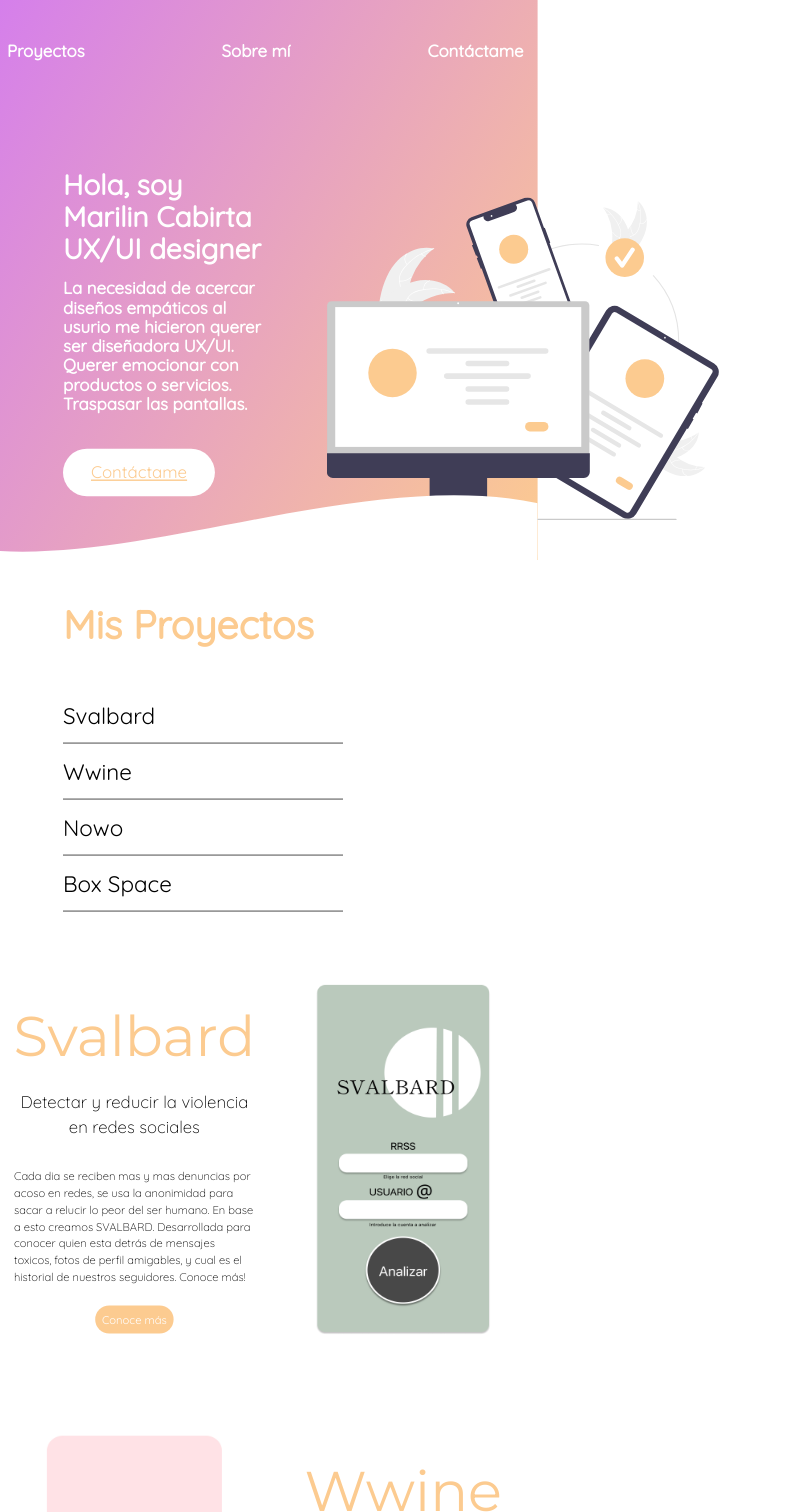
Repository: Marilyncabirta/portfolioHTML
Page: index.html
These files come from the project's save history. The page is drawn as it stood at one moment and after the next save; the edit follows.
The browser window is 768 px wide. The page is 1147 px wide, so the pictures cover 1147 px, including what lies to the right of the window. The pictures show the part of the page from y = 0 to 2160 px (the page is 4265 px tall), at 70% of full size.
Backgrounds fixed to the window are drawn as part of the page. Some web libraries are served in a nearby version.

Above is the page before, as saved 2022-12-16 12:43:46.

After the next save:
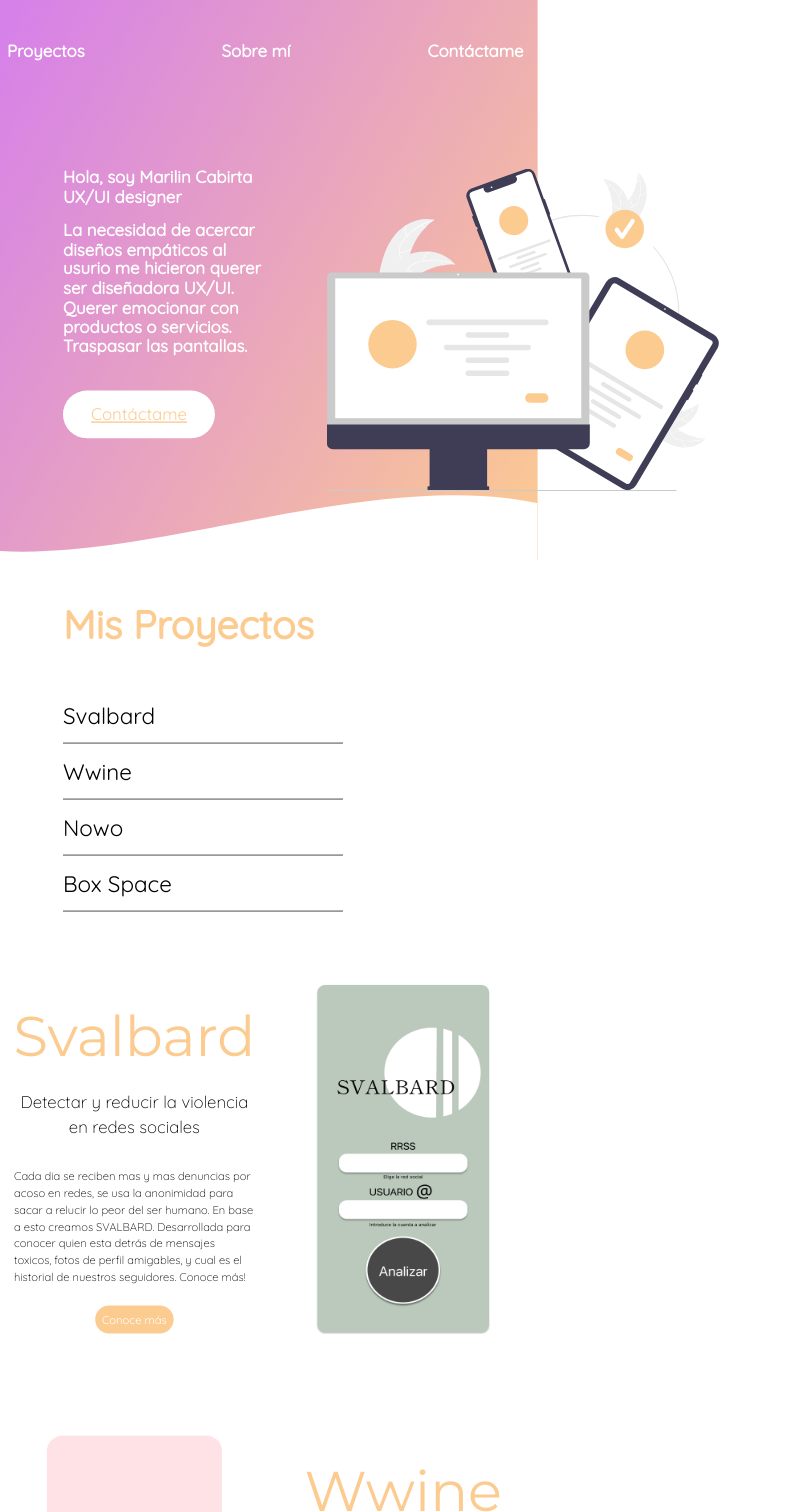
Saved 7 s later.
--- a/css/estilos.css
+++ b/css/estilos.css
@@ -376,7 +376,7 @@ text-decoration: underline;
             margin-bottom: 80px;
         }
         .hero__title{
-            font-size: 2.5rem;
+            font-size: 1.5rem;
             margin-bottom: 20px;
         }
 
